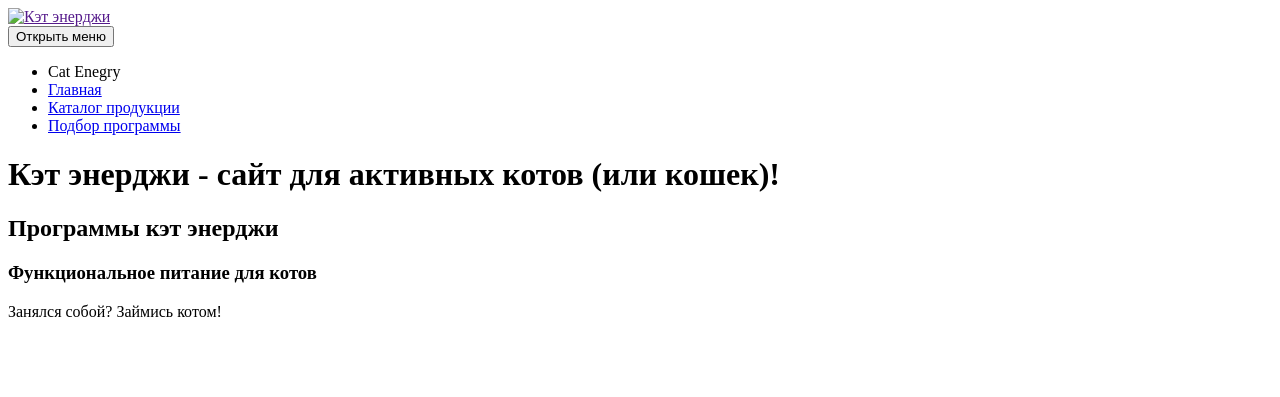
Repository: infernotw/1054987-cat-energy-17
Page: source/index.html
These files come from the project's save history. The page is drawn as it stood at one moment and after the next save; the edit follows.
The browser window is 1280 px wide. The pictures show the whole page.

Above is the page before, as saved 2019-07-17 04:06:33.

After the next save:
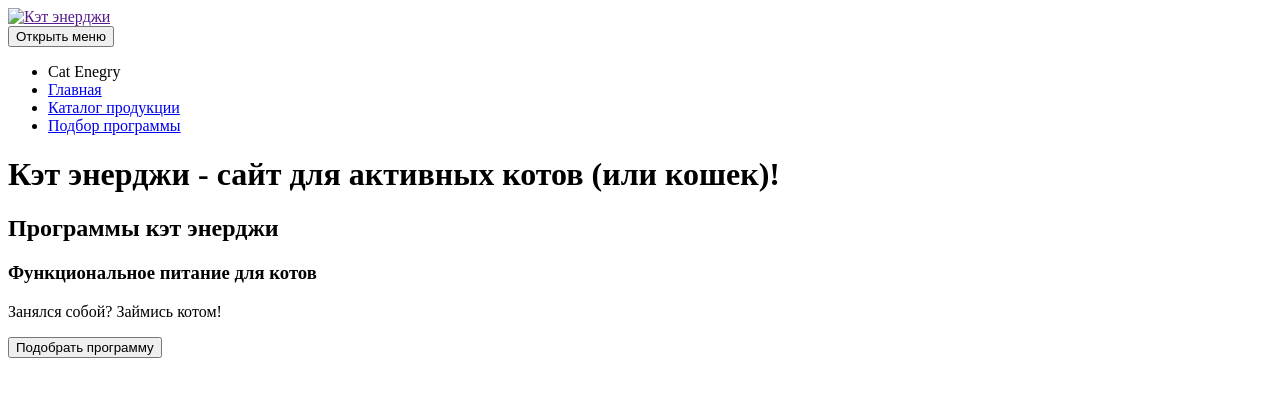
Saved 108 s later.
--- a/source/index.html
+++ b/source/index.html
@@ -40,6 +40,7 @@
         <h2 class="visually-hidden">Программы кэт энерджи</h2>
         <h3 class="program__about">Функциональное питание для котов</h3>
         <p class="program__info">Занялся собой? Займись котом!</p>
+        <button class="program__button" type="button">Подобрать программу</button>
       </header>
 
     </section>
